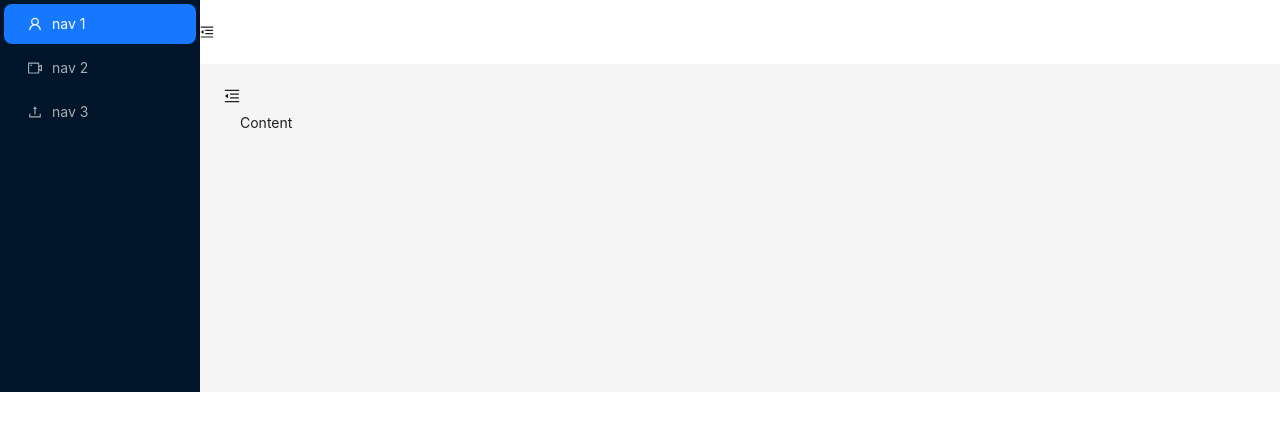
Repository: Ducbii4202/Inter-Management
Page: / (app in managament-system/)
These files come from the project's save history. The page is drawn as it stood at one moment and after the next save; the edit follows.
The browser window is 1280 px wide. The pictures show the whole page.
The project was rebuilt for these pictures with package versions that can differ from the ones it lists, and the page was loaded fresh each time. Also part of the build but not shown: managament-system/vite.config.js.

Above is the page before, as saved 2023-12-26 01:24:08.

### managament-system/src/App.jsx
// import React from 'react';
// import React from 'react';
import DashboardPage from "./component/DashboardPage";

const App = () => {
  return (
    <div>
      <DashboardPage></DashboardPage>
    </div>
  );
};

export default App;

### managament-system/src/component/DashboardPage.jsx
// import React from "react";
import React, { useState } from "react";
import "./DashboardPage.css";
import {
  MenuFoldOutlined,
  MenuUnfoldOutlined,
  UploadOutlined,
  UserOutlined,
  VideoCameraOutlined,
} from "@ant-design/icons";
import { Layout, Menu, Button, Row, Col } from "antd";
const { Header, Sider, Content } = Layout;

function DashboardPage() {
  const [collapsed, setCollapsed] = useState(false);
  return (
    <div>
      <Layout>
        <Sider trigger={null} collapsible collapsed={collapsed}>
          <div className="demo-logo-vertical" />
          <Menu
            theme="dark"
            mode="inline"
            defaultSelectedKeys={["1"]}
            items={[
              {
                key: "1",
                icon: <UserOutlined />,
                label: "nav 1",
              },
              {
                key: "2",
                icon: <VideoCameraOutlined />,
                label: "nav 2",
              },
              {
                key: "3",
                icon: <UploadOutlined />,
                label: "nav 3",
              },
            ]}
          />
        </Sider>
        <Layout className="site-layout">
          <Header className="site-layout-backgound">
            <Row>
              <Col md={18}>
                {React.createElement(
                  collapsed ? MenuUnfoldOutlined : MenuFoldOutlined,
                  {
                    className: "trigger",
                    onClick: () => setCollapsed(!collapsed),
                  }
                )}
              </Col>
            </Row>
            <Button
              type="text"
              icon={collapsed ? <MenuUnfoldOutlined /> : <MenuFoldOutlined />}
              onClick={() => setCollapsed(!collapsed)}
              style={{
                fontSize: "16px",
                width: 64,
                height: 64,
              }}
            />
          </Header>
          <Content
            style={{
              margin: "24px 16px",
              padding: 24,
              minHeight: 280,
              //   background: colorBgContainer,
              //   borderRadius: borderRadiusLG,
            }}
          >
            Content
          </Content>
        </Layout>
      </Layout>
    </div>
  );
}

export default DashboardPage;

### managament-system/src/component/DashboardPage.css
.site-layout-backgound {
  background-color: #fff !important;
  padding: 0;
}

Loaded but not shown: managament-system/index.html (common file); managament-system/src/main.jsx (common file); managament-system/src/index.css (common file); managament-system/tailwind.config.js (common file)

After the next save:
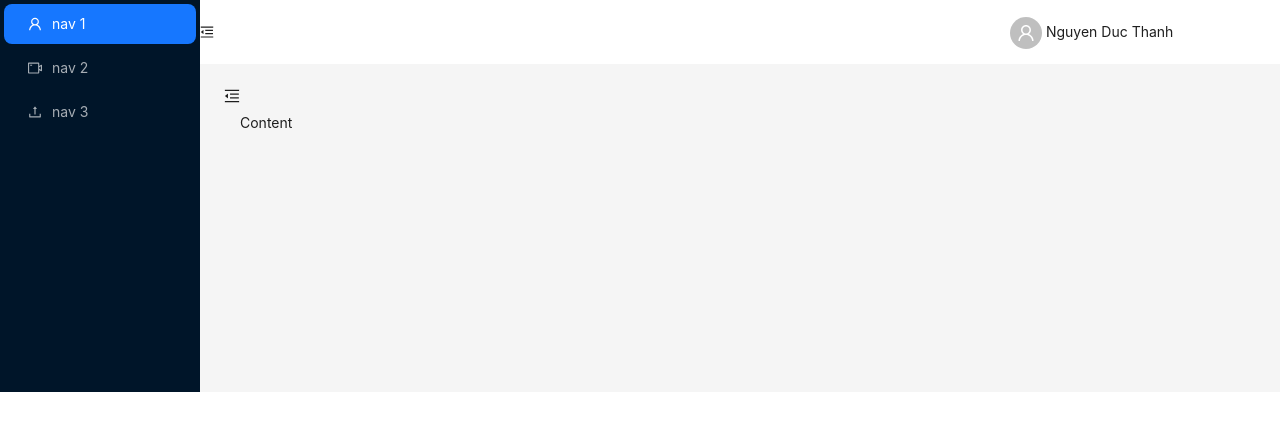
Saved 2 min 9 s later.
--- a/managament-system/src/component/DashboardPage.jsx
+++ b/managament-system/src/component/DashboardPage.jsx
@@ -8,7 +8,7 @@ import {
   UserOutlined,
   VideoCameraOutlined,
 } from "@ant-design/icons";
-import { Layout, Menu, Button, Row, Col } from "antd";
+import { Layout, Menu, Button, Row, Col, Avatar } from "antd";
 const { Header, Sider, Content } = Layout;
 
 function DashboardPage() {
@@ -53,6 +53,12 @@ function DashboardPage() {
                   }
                 )}
               </Col>
+              <Col md={6}>
+                <div>
+                  <Avatar size="default" icon={<UserOutlined />}></Avatar>{" "}
+                  Nguyen Duc Thanh
+                </div>
+              </Col>
             </Row>
             <Button
               type="text"
